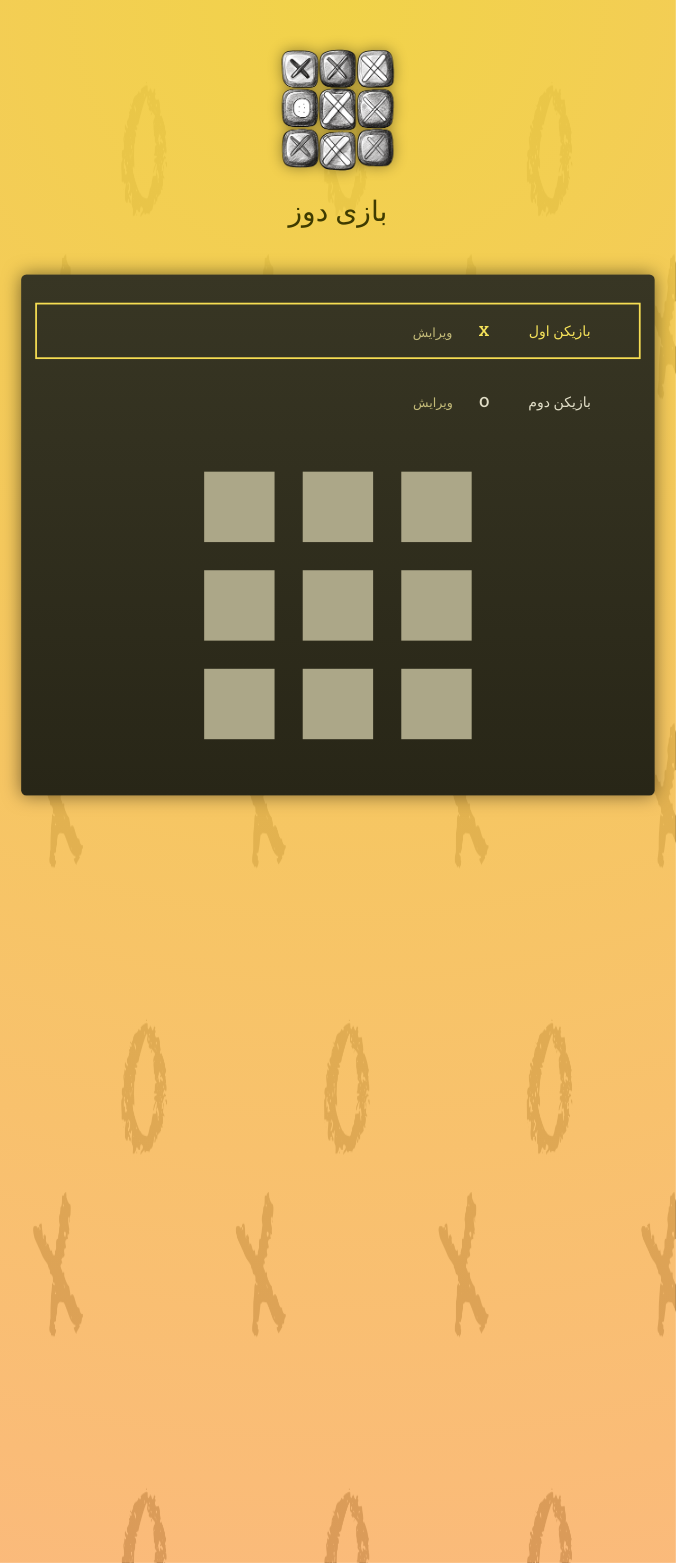
Repository: H-ala/react-tic-toc-toe
Page: /
These files come from the project's save history. The page is drawn as it stood at one moment and after the next save; the edit follows.
The browser window is 768 px wide. The pictures show the whole page, at 88% of full size.
Some web fonts or font styles are not loaded; a fallback is used. The project was rebuilt for these pictures with package versions that can differ from the ones it lists, and the page was loaded fresh each time. Also part of the build but not shown: vite.config.js, src/components/GameOver.jsx.

Above is the page before, as saved 2025-10-21 18:09:06.

After the next save:
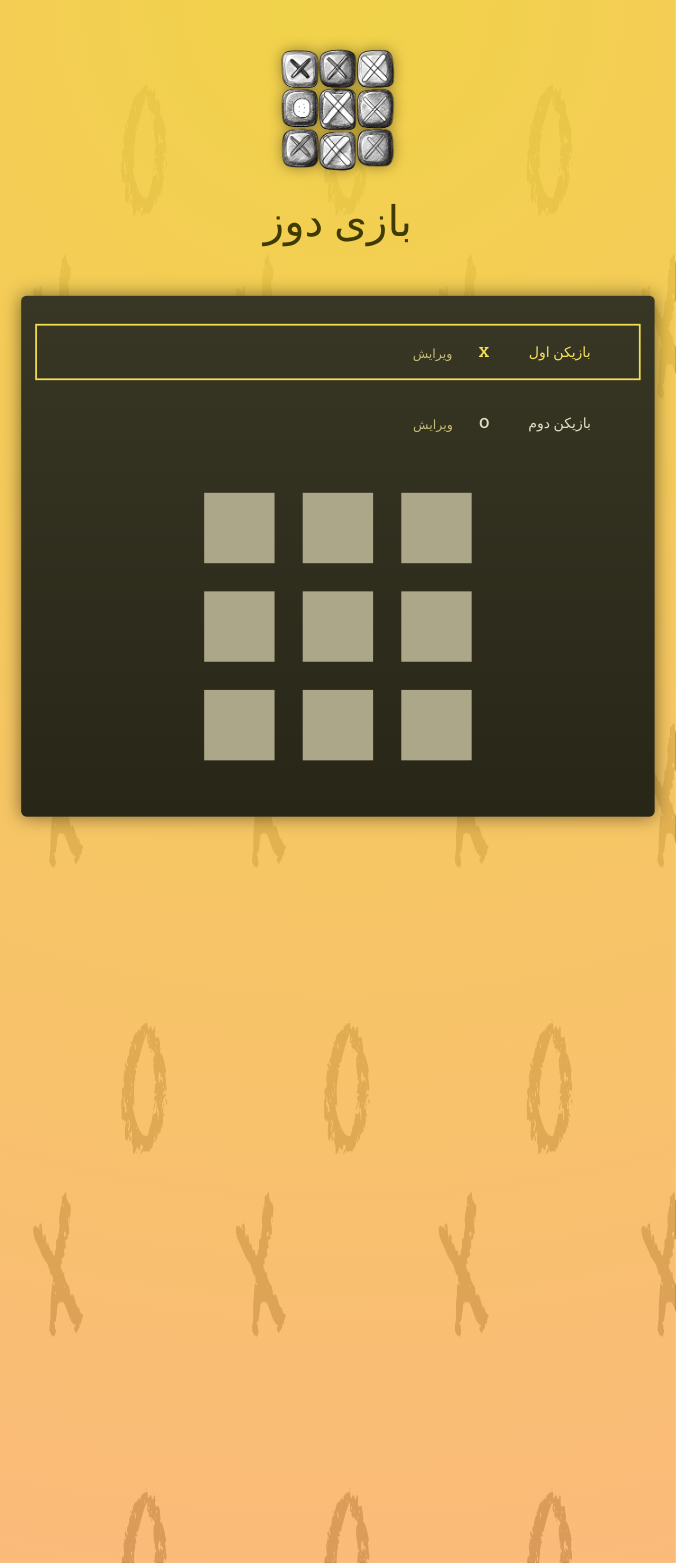
Saved 35 s later.
--- a/src/index.css
+++ b/src/index.css
@@ -352,9 +352,6 @@
 }
 
 @media (max-width: 768px) {
-  h1 {
-    font-size: 2rem;
-  }
 
   #game-container {
     padding: 1rem;

After the save that followed:
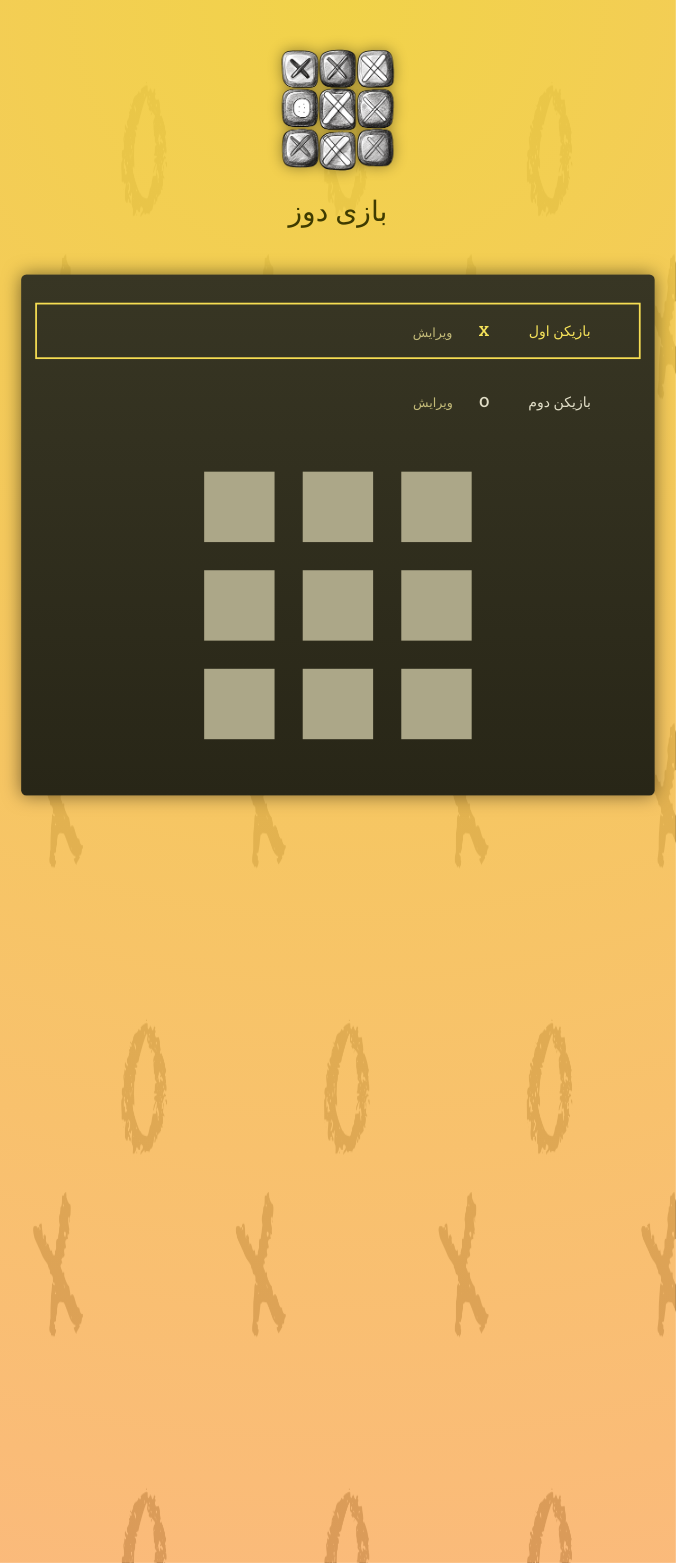
Saved 16 s later.
--- a/src/index.css
+++ b/src/index.css
@@ -352,6 +352,9 @@
 }
 
 @media (max-width: 768px) {
+  h1 {
+    font-size: 2rem;
+  }
 
   #game-container {
     padding: 1rem;
